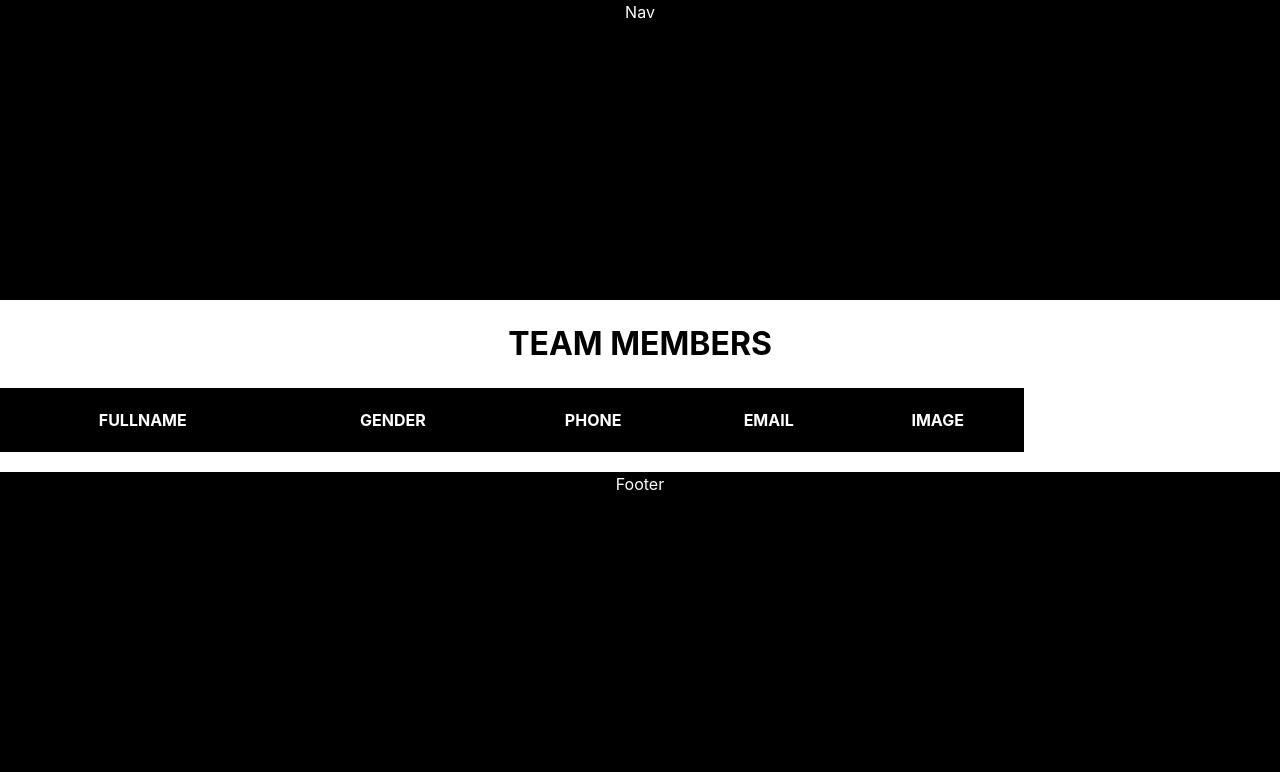
Repository: Eugene44-hub/SHRGroup46-capstone
Page: /members
The author's editor kept a copy of each file at every save. The page is drawn from the files as they stood at one save, then again after the next save.
The browser window is 1280 px wide. The pictures show the whole page.
The page's requests for data from a server got no answer. The project was rebuilt for these pictures with package versions that can differ from the ones it lists, and the page was loaded fresh each time. No one was signed in, and anything a server would have sent is missing.

Above is the page before, as saved 2022-05-17 13:36:51.

After the next save:
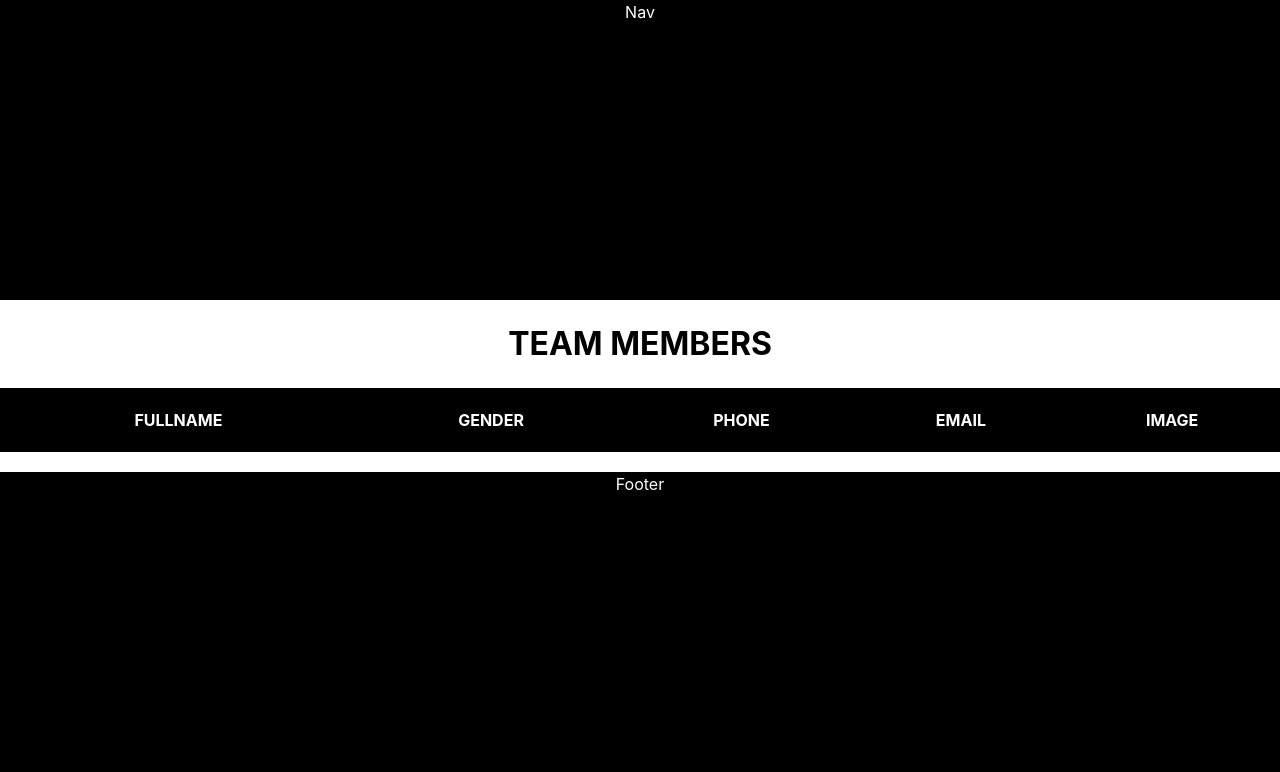
Saved 72 s later.
--- a/src/pages/members/Members.jsx
+++ b/src/pages/members/Members.jsx
@@ -14,7 +14,7 @@ console.log(members);
     <header className='text-[2rem] text-center font-bold uppercase mb-5'>
       Team members
     </header>
-<table className='w-[80%] text-white'>
+<table className='w-full text-white'>
 
     <tr className='bg-black border-white'>
       <th className='text-center  py-5 text-[.5rem] md:text-[1rem] uppercase'>fullname</th>
